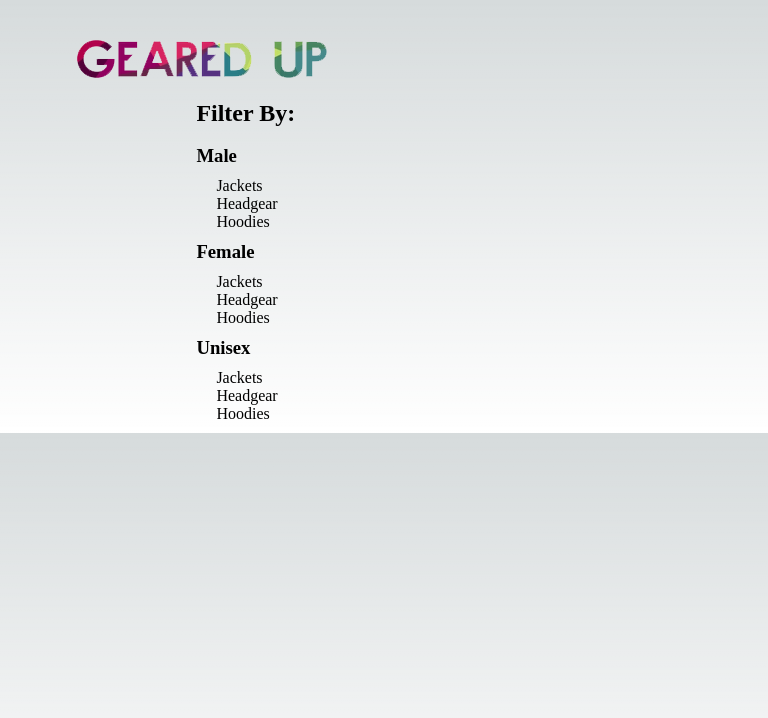
Repository: anoncoderin/madhu-dcd-gearup-assignment2
Page: /
The author's editor kept a copy of each file at every save. The page is drawn from the files as they stood at one save, then again after a run of saves.
The browser window is 768 px wide. The pictures show the whole page.
The project was rebuilt for these pictures with package versions that can differ from the ones it lists, and the page was loaded fresh each time. The framework's server and built-in components were replaced by stand-ins that run in the browser. Also part of the build but not shown: next.config.js.

Above is the page before, as saved 2023-03-05 18:45:42.

### pages/index.js
import Head from 'next/head'
import Image from 'next/image'
import styles from '@/styles/Home.module.css'
import { useState } from 'react'
import data from '@/components/Inventory/inventory'




export default function Home() {

  const [cloth, setCloth] = useState(data.clothing);
  const [selection, setSelection] = useState([]);

  return (
    <>
      <Head>
        <title>Geared Up Online Store BCITSA</title>
        <meta name="description" content="Generated by create next app" />
        <meta name="viewport" content="width=device-width, initial-scale=1" />
        <link rel="icon" href="/favicon/favicon.ico" />
      </Head>
      <main>
        <div className={styles.logo}><img src={'logo/logo/logo.png'} /></div>
        <div className={styles.container}>
          <div className={styles.filters}>
            <br></br>
            <h2>Filter By:</h2>
            <br></br>
            <h3 onClick={() => setSelection(['Male', ''])}>Male</h3>
            <div className={styles.list}>
              <li onClick={() => setSelection(['Male', 'Jackets'])}>Jackets</li>
              <li onClick={() => setSelection(['Male', 'Headgear'])}>Headgear</li>
              <li onClick={() => setSelection(['Male', 'Hoodies'])}>Hoodies</li>
            </div>
            <h3 onClick={() => setSelection(['Female', ''])}>Female</h3>
            <div className={styles.list}>
              <li onClick={() => setSelection(['Female', 'Jackets'])}>Jackets</li>
              <li onClick={() => setSelection(['Female', 'Headgear'])}>Headgear</li>
              <li onClick={() => setSelection(['Female', 'Hoodies'])}>Hoodies</li>
            </div>
            <h3 onClick={() => setSelection(['Unisex', ''])}>Unisex</h3>
            <div className={styles.list}>
              <li onClick={() => setSelection(['Unisex', 'Jackets'])}>Jackets</li>
              <li onClick={() => setSelection(['Unisex', 'Headgear'])}>Headgear</li>
              <li onClick={() => setSelection(['Unisex', 'Hoodies'])}>Hoodies</li>
            </div>
          </div>
          <div className={styles.itemlist}>

            {
              cloth && cloth.map((c, index) => {

                if (selection[0] == c.sex && ((selection[1] == c.category) || (selection[1] == '')))
                 {
                  return (
                    <div key={index}>
                      <Image src={c.image} width={200} height={200} />
                      <p>{c.title}</p>
                      <p>{c.cost}</p>

                      <div className={styles.colorlist}>
                        {
                          c.colours && c.colours.map((col, index) => {
                            return (
                              <div className={styles.dot} style={{ backgroundColor: col }} />
                            )

                          })
                        }
                      </div>

                    </div>)

                }


              })
            }

          </div>
        </div>

      </main>
    </>
  )
}

### styles/globals.css
:root {
  --max-width: 1100px;
  --border-radius: 12px;
  --font-mono: ui-monospace, Menlo, Monaco, 'Cascadia Mono', 'Segoe UI Mono',
    'Roboto Mono', 'Oxygen Mono', 'Ubuntu Monospace', 'Source Code Pro',
    'Fira Mono', 'Droid Sans Mono', 'Courier New', monospace;

  --foreground-rgb: 0, 0, 0;
  --background-start-rgb: 214, 219, 220;
  --background-end-rgb: 255, 255, 255;

  --primary-glow: conic-gradient(
    from 180deg at 50% 50%,
    #16abff33 0deg,
    #0885ff33 55deg,
    #54d6ff33 120deg,
    #0071ff33 160deg,
    transparent 360deg
  );
  --secondary-glow: radial-gradient(
    rgba(255, 255, 255, 1),
    rgba(255, 255, 255, 0)
  );

  --tile-start-rgb: 239, 245, 249;
  --tile-end-rgb: 228, 232, 233;
  --tile-border: conic-gradient(
    #00000080,
    #00000040,
    #00000030,
    #00000020,
    #00000010,
    #00000010,
    #00000080
  );

  --callout-rgb: 238, 240, 241;
  --callout-border-rgb: 172, 175, 176;
  --card-rgb: 180, 185, 188;
  --card-border-rgb: 131, 134, 135;
}

button{
  width: 50px;

}
.li:hover{
background-color: rgb(203, 199, 199);
}

@media (prefers-color-scheme: dark) {
  :root {
    --foreground-rgb: 255, 255, 255;
    --background-start-rgb: 0, 0, 0;
    --background-end-rgb: 0, 0, 0;

    --primary-glow: radial-gradient(rgba(1, 65, 255, 0.4), rgba(1, 65, 255, 0));
    --secondary-glow: linear-gradient(
      to bottom right,
      rgba(1, 65, 255, 0),
      rgba(1, 65, 255, 0),
      rgba(1, 65, 255, 0.3)
    );

    --tile-start-rgb: 2, 13, 46;
    --tile-end-rgb: 2, 5, 19;
    --tile-border: conic-gradient(
      #ffffff80,
      #ffffff40,
      #ffffff30,
      #ffffff20,
      #ffffff10,
      #ffffff10,
      #ffffff80
    );

    --callout-rgb: 20, 20, 20;
    --callout-border-rgb: 108, 108, 108;
    --card-rgb: 100, 100, 100;
    --card-border-rgb: 200, 200, 200;
  }
}

* {
  box-sizing: border-box;
  padding: 0;
  margin: 0;
}

html,
body {
  max-width: 100vw;
  overflow-x: hidden;
}

body {
  color: rgb(var(--foreground-rgb));
  background: linear-gradient(
      to bottom,
      transparent,
      rgb(var(--background-end-rgb))
    )
    rgb(var(--background-start-rgb));
}

a {
  color: inherit;
  text-decoration: none;
}

@media (prefers-color-scheme: dark) {
  html {
    color-scheme: dark;
  }
}

### styles/Home.module.css
.filters{
  display: flex;
  flex-direction: column;
  align-items: left;
  margin-left: 20px;

}

.dot {
  height: 25px;
  width: 25px;

  border-radius: 50%;

}
.container{
  display: flex;
  flex-direction: row;
  justify-content: space-evenly;
}

.colorlist{
  display: flex;
  flex-direction: row;
  gap: 2px;
}
.itemlist{
  display: flex;
  flex-direction: row;
}
.list{
  margin-left: 10px;
  list-style: none;
 padding : 10px;
}
.logo{
  margin-left: 10vw;
  margin-top: 5vh;
}

/* Mobile */
@media screen and (max-width: 600px) {

  .itemlist{
    display: flex;
    flex-direction: column;


}
.container{
  display: flex;
  flex-direction: column;
  align-items: center;
}

}

/*Tablet*/
@media screen and (min-width:600px) and (max-width:1000px){
  .container{
    display: flex;
    flex-direction: row;
    gap: 120px;
  }
  .itemlist{
    display: flex;
    flex-direction: row;
    flex-wrap: wrap;

  }
}

### components/Inventory/inventory.js



const inventory ={company:"BCITSA Geared Up",
clothing:[
    {
        category:"Hoodies",
        sex:"Female",
        title:"Russell Athletic Hood",
        colours:["black", "charcoal", "green", "grey", "maroon", "navy"],
        hex:["#000", "#3E464B", "#24564A", "#B4B8B9", "#5F3A42", "#313F4F"],
        image:"/products/products/hoodies/russell_athletic_hood_black.png",
        cost:69.99
    },
    {
        category:"Hoodies",
        sex:"Male",
        title:"Aerospace",
        colours:["black", "navy"],
        hex:["#000", "#313F4F"],
        image:"/products/products/hoodies/hood_aerospace_black.png",
        cost:59.99
    },
    {
        category:"Hoodies",
        sex:"Female",
        title:"Classic Avalon Fleece Hoodie",
        colours:["black", "navy"],
        hex:["#000", "#313F4F"],
        image:"/products/products/hoodies/classic_avalon_fleece_hoodie_black.png",
        cost:57.99
    },
    {
        category:"Hoodies",
        sex:"Unisex",
        title:"Champion Full-Zup Hoodie",
        colours:["black", "grey","maroon","navy","green"],
        hex:["#000","#B4B8B9", "#5F3A42", "#313F4F"],
        image:"/products/products/hoodies/champion_full_zip_hoodie_black.png",
        cost:79.99
    },
    {
        category:"Hoodies",
        sex:"Male",
        title:"Forestry",
        colours:["green"],
        hex:["#24564A"],
        image:"/products/products/hoodies/hoodie_forestry_green.png",
        cost:59.99
    },
    {
        category:"Jackets",
        sex:"Male",
        title:"Waterproof Jacket",
        colours:["black", "graphite", "navy"],
        hex:["#000", "#69686D", "#313F4F"],
        image:"/products/products/jackets/waterproof_jacket_black.png",
        cost:79.99
    },
    {
        category:"Jackets",
        sex:"Female",
        title:"Soft Shell Hooded Jacket",
        colours:["black", "navy"],
        hex:["#000", "#313F4F"],
        image:"/products/products/jackets/soft_shell_hooded_jacket_black.png",
        cost:82.99
    },
    {
        category:"Headgear",
        sex:"Unisex",
        title:"Legacy Adjustable Hat",
        colours:["stone", "burgundy", "slate blue", "grey", "navy"],
        hex:["#25242D", "#DBDCD7", "#7F2430", "#595B76", "#685E66"],
        image:"/products/products/headgear/legacy_adjustable_hat_navy.png",
        cost:29.99
    },
    {
        category:"Headgear",
        sex:"Unisex",
        title:"Legacy Hat Trucker",
        colours:["cardinal", "orange", "green", "gold"],
        hex:["#5C5A4D", "#CA5927", "#43483B", "#F9BE14"],
        image:"/products/products/headgear/legacy_adjustable_hat_navy.png",
        cost:36.99
    },
    {
        category:"Headgear",
        sex:"Unisex",
        title:"Legacy Toque",
        colours:["black"],
        hex: ["#000"],
        image:"/products/products/headgear/legacy_toque_black.png",
        cost:3.499
    }
]


}
export default inventory;

Loaded but not shown: pages/_app.js (common file); pages/_document.js (common file)

After the next 2 saves:
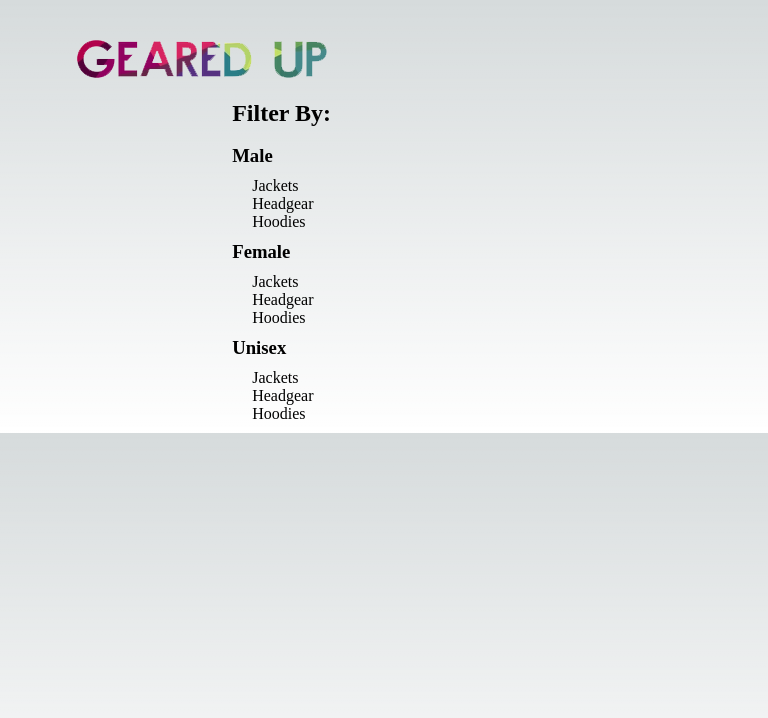
The 2 saves are shown as one change because they came seconds apart.
The last was saved 50 s later.
--- a/styles/Home.module.css
+++ b/styles/Home.module.css
@@ -61,6 +61,7 @@
     display: flex;
     flex-direction: row;
     gap: 120px;
+    margin-left: 7vw;
   }
   .itemlist{
     display: flex;
